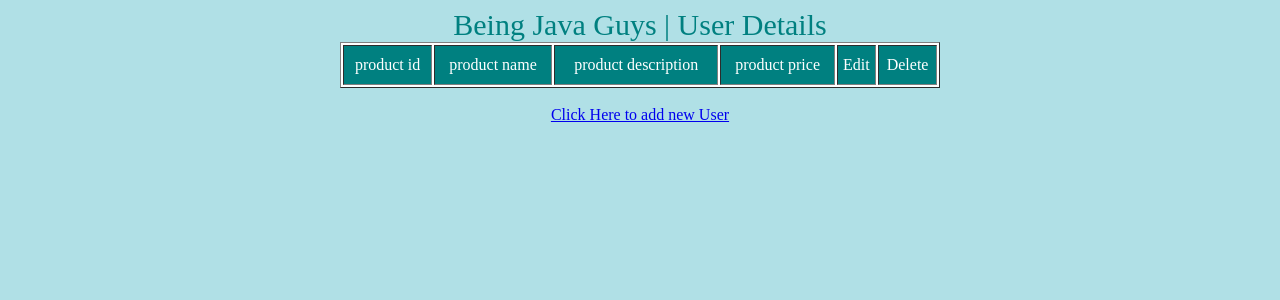
Repository: kalaivanan94/maven
Page: http://localhost/PetWorld/WEB-INF/view/list.jsp
The author's editor kept a copy of each file at every save. The page is drawn from the files as they stood at one save, then again after the next save.
The browser window is 1280 px wide. The pictures show the whole page.
The page is served by Tomcat 9. Nobody is signed in. Other server files are loaded and not shown. The template is opened directly, without the code that normally fills it, so the values that code supplies are empty.

Above is the page before, as saved 2016-09-09 04:35:51.

### 8th upload/mav/PetWorld/src/main/webapp/WEB-INF/view/list.jsp
<%@ page language="java" contentType="text/html; charset=UTF-8"
	pageEncoding="UTF-8"%>
<%@taglib prefix="c" uri="http://java.sun.com/jsp/jstl/core"%>
<%@page isELIgnored="false"%>
<!DOCTYPE html PUBLIC "-//W3C//DTD HTML 4.01 Transitional//EN" "http://www.w3.org/TR/html4/loose.dtd">
<html>
<head>
<meta http-equiv="Content-Type" content="text/html; charset=UTF-8">
<title>Being Java Guys | User Details</title>
</head>
<body style="background-color: powderblue;">

	<center>
		<div style="color: teal; font-size: 30px">Being Java Guys | User
			Details</div>
		<table border="1" bgcolor="white" width="600px">
			<tr style="background-color: teal; color: white; text-align: center;"
				height="40px">
				<td>product id</td>
				<td>product name</td>
				<td>product description</td>
				<td>product price</td>
				<td>Edit</td>
				<td>Delete</td>
			</tr>
			<c:forEach items="${productList}" var="user">
				<tr
					style="background-color: white; color: black; text-align: center;"
					height="30px">
					<td>${user.pid}</td>
					<td>${user.name}</td>
					<td>${user.description}</td>
					<td>${user.price}</td>
					<td><a href="edit?id=${user.pid}">Edit</a></td>
					<td><a href="deleteProduct?id=${user.pid}">Delete</a></td>
				</tr>
			</c:forEach>
		</table>
		<br>
		<a href="form">Click Here to add new User</a>
	</center>
</body>
</html>

After the next save:
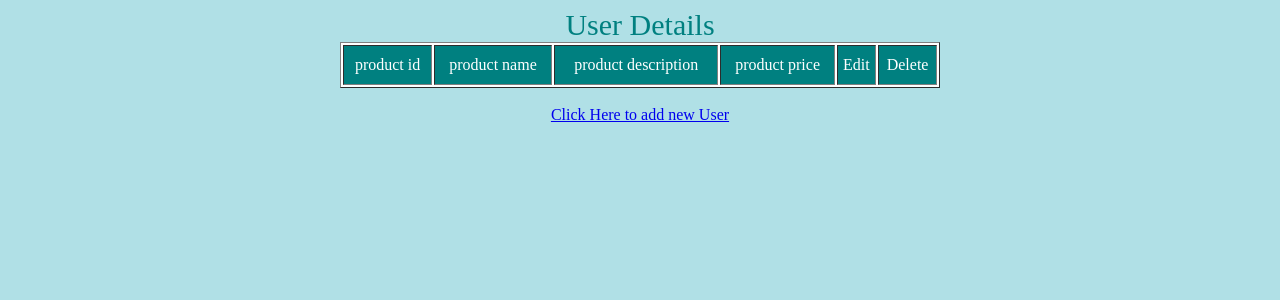
Saved 35 s later.
--- a/8th upload/mav/PetWorld/src/main/webapp/WEB-INF/view/list.jsp
+++ b/8th upload/mav/PetWorld/src/main/webapp/WEB-INF/view/list.jsp
@@ -11,8 +11,7 @@
 <body style="background-color: powderblue;">
 
 	<center>
-		<div style="color: teal; font-size: 30px">Being Java Guys | User
-			Details</div>
+		<div style="color: teal; font-size: 30px">User Details</div>
 		<table border="1" bgcolor="white" width="600px">
 			<tr style="background-color: teal; color: white; text-align: center;"
 				height="40px">
